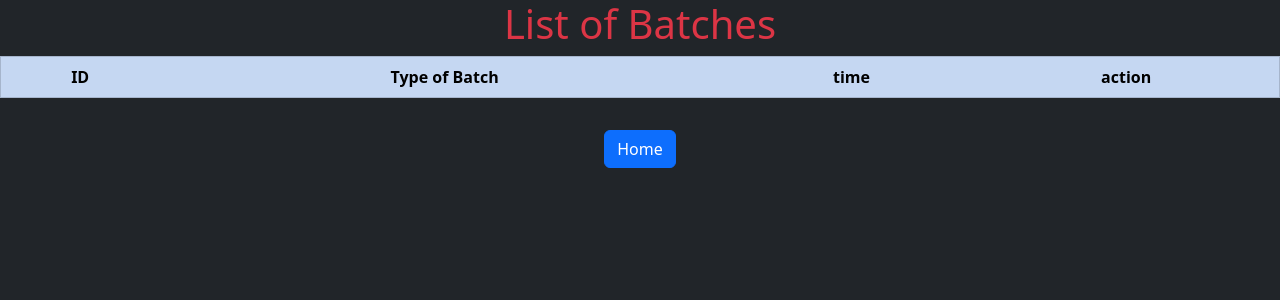
Repository: Jannis-Buschhaus/simplilearn-assessment-phase2
Page: http://localhost/FunfitWebapp/BatchController
An editor plug-in stored every save of this project. The page is shown before and after the next save, followed by the edit.
The browser window is 1280 px wide. The pictures show the whole page.
The page is served by Tomcat 9. Queries for data that is not in the repository find no rows.

Above is the page before, as saved 2024-05-30 14:34:40.

After the next save:
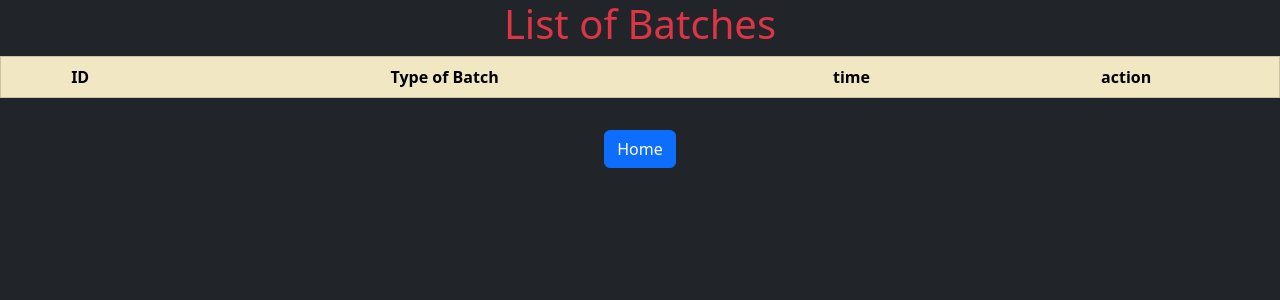
Saved 20 s later.
--- a/FunfitWebapp/src/main/webapp/viewBatch.jsp
+++ b/FunfitWebapp/src/main/webapp/viewBatch.jsp
@@ -35,7 +35,7 @@
 	</script>
 	<h1 class="text-danger text-center">List of Batches</h1>
 	<div class="text-center">
-		<table  class="table table-striped table-primary" border="1">
+		<table  class="table table-striped table-warning" border="1">
 			<tr>
 				<th>ID</th><th>Type of Batch</th><th>time</th><th>action</th>
 			</tr>
